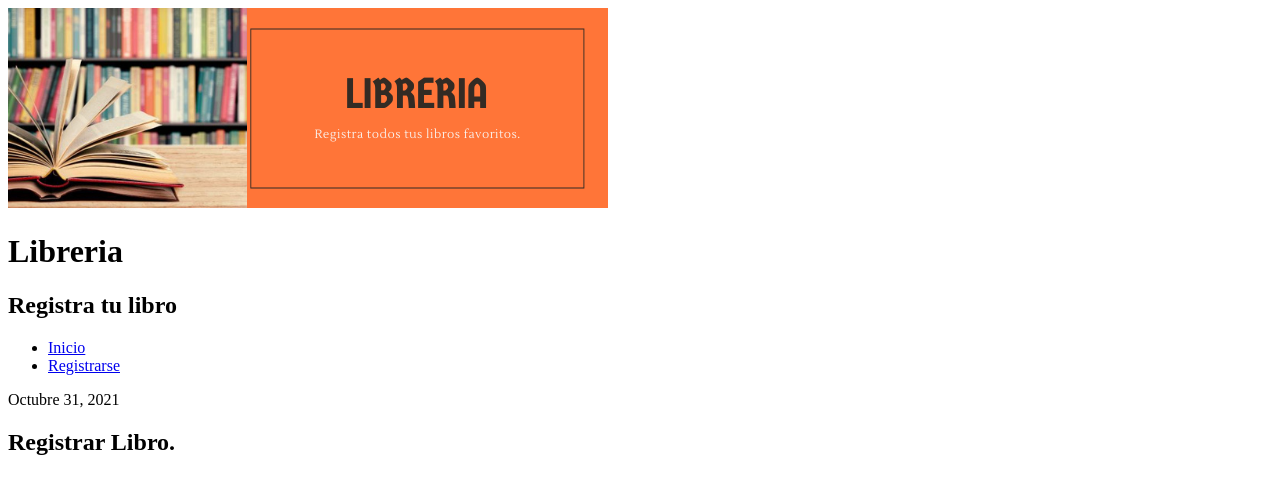
Repository: frnalonso/libreria
Page: src/main/resources/templates/registro.html
These files come from the project's save history. The page is drawn as it stood at one moment and after the next save; the edit follows.
The browser window is 1280 px wide. The pictures show the whole page.

Above is the page before, as saved 2021-10-31 02:28:32.

### src/main/resources/templates/registro.html
<!DOCTYPE html>
<html lang="en">
<head>
    <meta charset="UTF-8">
    <meta http-equiv="X-UA-Compatible" content="IE=edge">
    <meta name="viewport" content="width=device-width, initial-scale=1.0">
    <title>Registro</title>
    <link rel="stylesheet" href="/src/main/resources/static/registrostyle.css">
</head>
<body>


    <header>
    <div id="banner">
    <img src="/src/main/resources/static/images/banner_libreria.png" id="imgbanner">
    </div>

    <hgroup>
        <h1>Libreria</h1>
        <h2>Registra tu libro</h2>
    </hgroup>

    </header>

    <nav>
        <ul>
            <li><a href="index.html">Inicio</a></li>
            <li><a href="registro.html">Registrarse</a></li>
        </ul>
    </nav>

    <section class="articles">
        <article>
            <time datetime="2021-10-31">Octubre 31, 2021</time>
            <h2>Registrar Libro.</h2>

            <div class="content">
                <form action="">

                </form>
            </div>

        </article>
    </section>

</body>
</html>

Loaded but not shown: src/main/resources/static/registrostyle.css (no stored copy; drawn as an empty file)

After the next save:
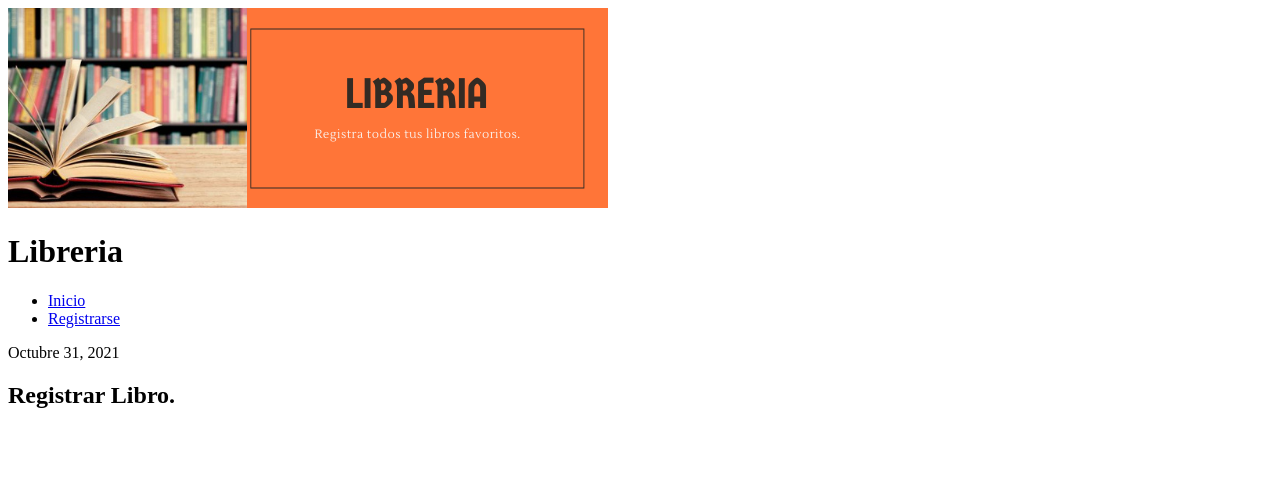
Saved 5 s later.
--- a/src/main/resources/templates/registro.html
+++ b/src/main/resources/templates/registro.html
@@ -17,7 +17,6 @@
 
     <hgroup>
         <h1>Libreria</h1>
-        <h2>Registra tu libro</h2>
     </hgroup>
 
     </header>
